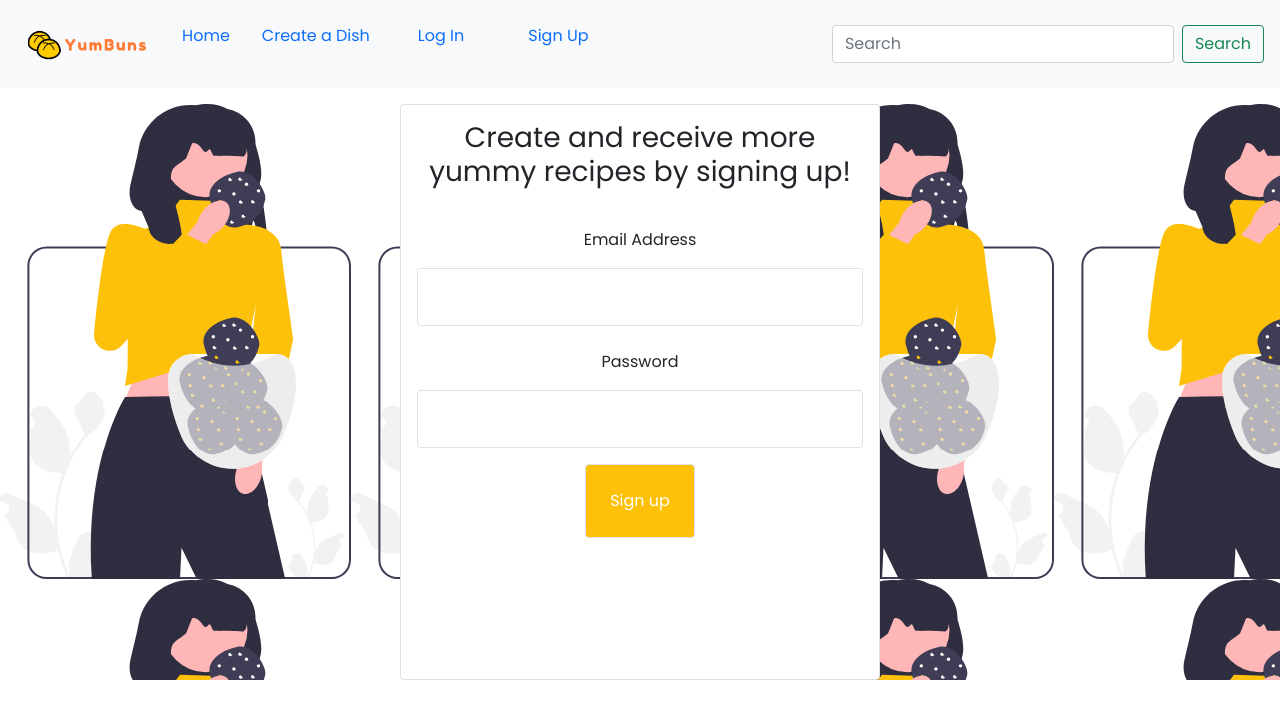
Repository: mottad14/yumBuns
Page: /signup (app in client/)
The author's editor kept a copy of each file at every save. The page is drawn from the files as they stood at one save, then again after the next save.
The browser window is 1280 px wide. The pictures show the whole page.
Some web fonts or font styles are not loaded; a fallback is used. The project was rebuilt for these pictures with package versions that can differ from the ones it lists, and the page was loaded fresh each time. Also part of the build but not shown: client/src/components/RecipePreview.js, client/src/views/Main.js, client/src/views/Login.js, client/src/views/Create.js, client/src/views/Recipe.js, client/src/components/SubscribePop.css, client/src/components/SignUp.jsx, client/src/components/SubscribePop.js.

Above is the page before, as saved 2022-07-30 10:46:07.

After the next save:
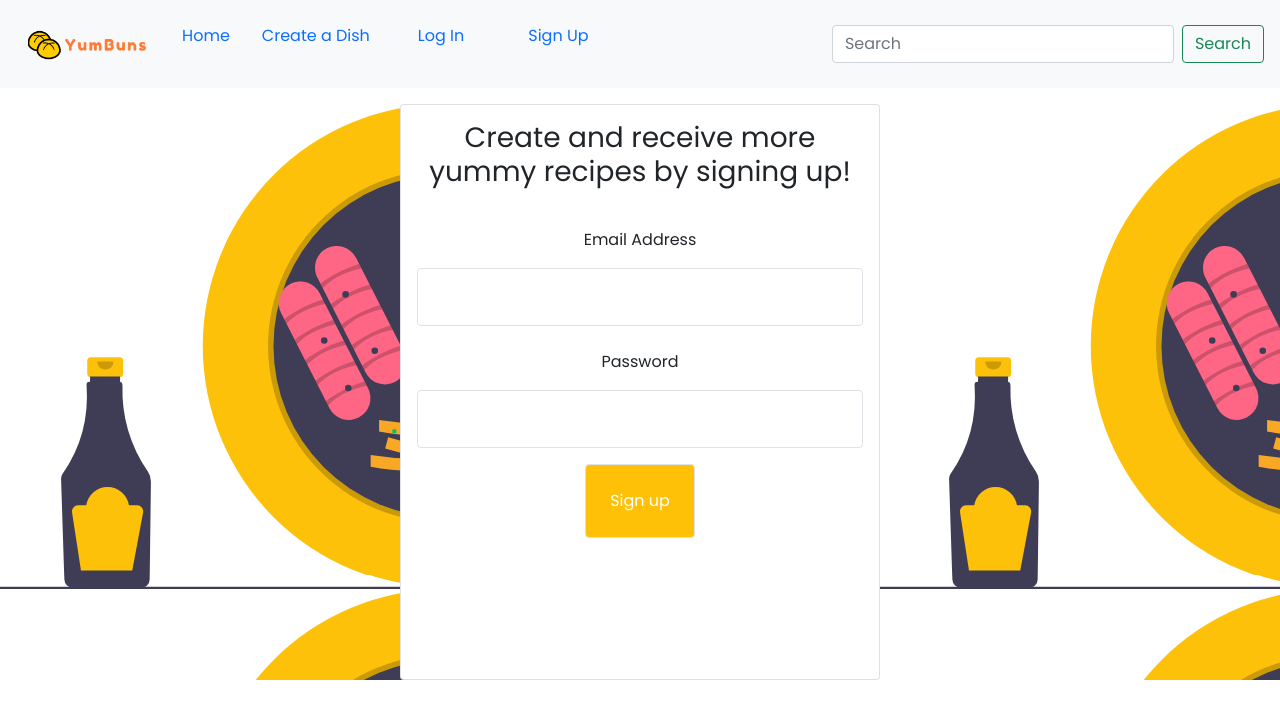
Saved 75 s later.
--- a/client/src/views/NewAccount.js
+++ b/client/src/views/NewAccount.js
@@ -2,7 +2,7 @@ import React, { useState } from 'react'
 import { Link, useHistory } from 'react-router-dom'
 import {Form, Button, Card, Alert} from "react-bootstrap"
 import { UserAuth } from '../contexts/AuthContext'
-import cookielove from "../imgs/cookielove.svg"
+import eating from "../imgs/eating.svg"
 
 const Signup = () => {
 
@@ -26,7 +26,7 @@ const Signup = () => {
   }
 
   return (
-      <div style={{ backgroundImage: `url(${cookielove})` }}>
+      <div style={{ backgroundImage: `url(${eating})` }}>
     <div style={{ display: 'flex',
         height: '80vh', justifyContent: "center"}}>
     <Card className="text-center" style={{ width: '30rem' }}>
